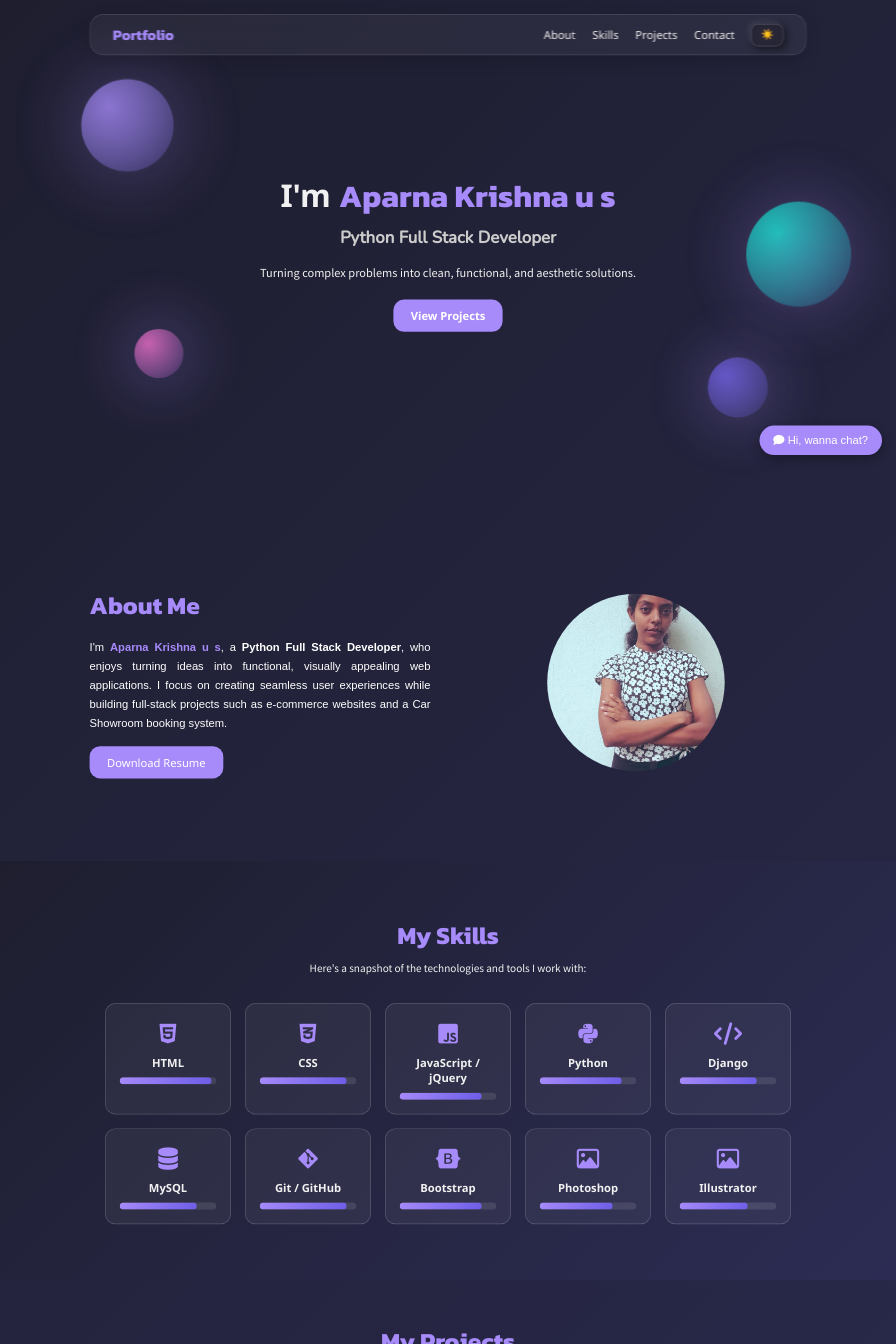
Repository: aparnakrishnaus/aparnakrishnaus_portfolio
Page: index.html
These files come from the project's save history. The page is drawn as it stood at one moment and after the next save; the edit follows.
The browser window is 1280 px wide. The pictures show the part of the page from y = 0 to 1920 px (the page is 3334 px tall), at 70% of full size.

Above is the page before, as saved 2026-01-01 13:00:52.

After the next save:
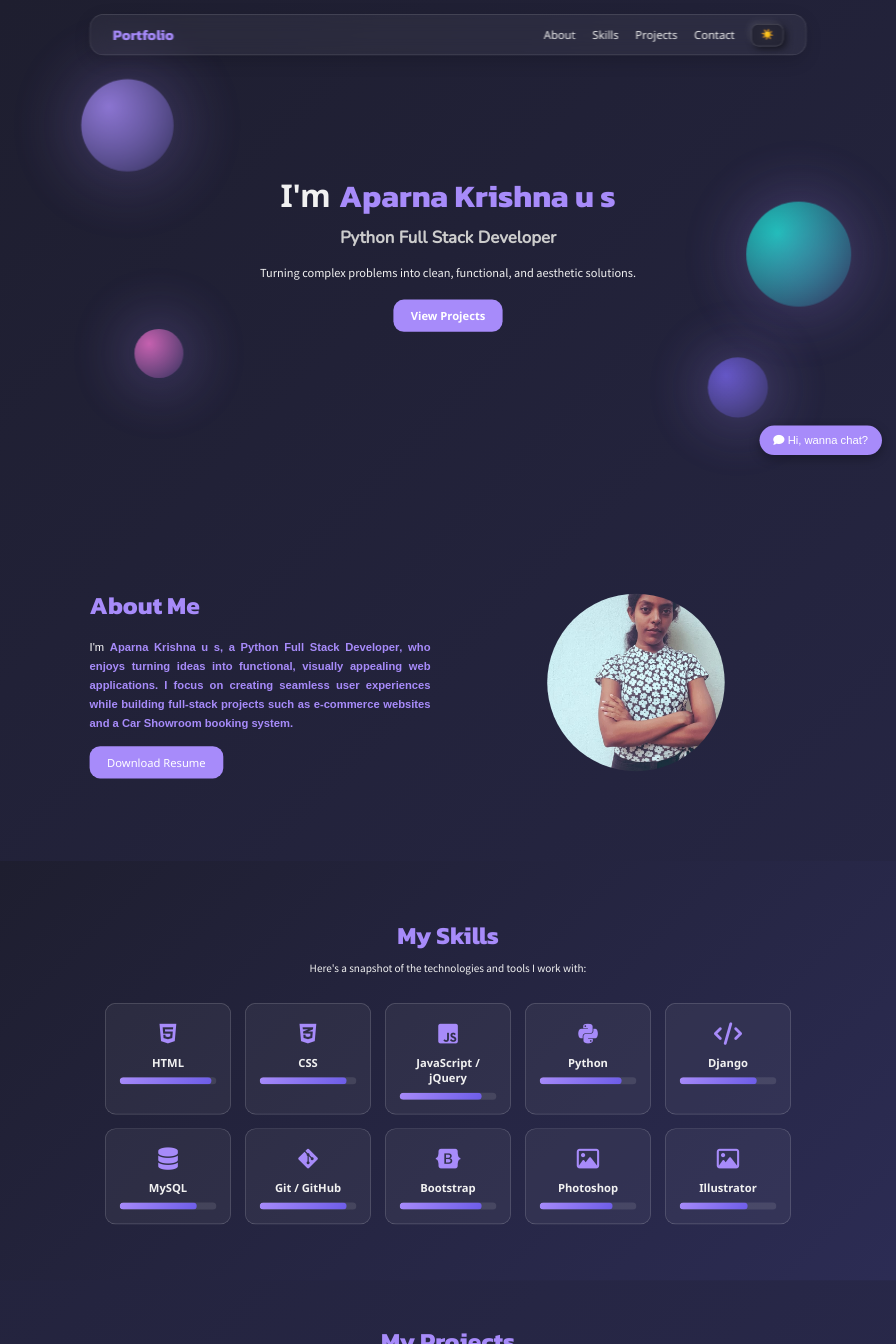
Saved 14 s later.
--- a/index.html
+++ b/index.html
@@ -57,7 +57,7 @@
       <div class="about-text">
         <h2>About Me</h2>
         <p>
-          I'm <span>Aparna Krishna u s</span>, a <strong>Python Full Stack Developer</strong>, who enjoys turning ideas into functional, visually appealing web applications. I focus on creating seamless user experiences while building full-stack projects such as e-commerce websites and a Car Showroom booking system.
+          I'm <span>Aparna Krishna u s, a <strong>Python Full Stack Developer</strong>, who enjoys turning ideas into functional, visually appealing web applications. I focus on creating seamless user experiences while building full-stack projects such as e-commerce websites and a Car Showroom booking system.
         </p>
 
 
